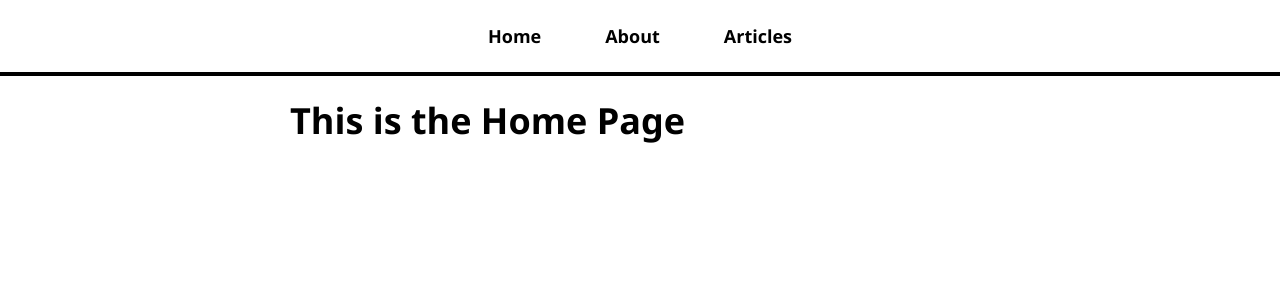
Repository: ShindanoSingi/full-stack-course
Page: / (app in my-blog/)
An editor plug-in stored every save of this project. The page is shown before and after the next save, followed by the edit.
The browser window is 1280 px wide. The pictures show the whole page.
The project was rebuilt for these pictures with package versions that can differ from the ones it lists, and the page was loaded fresh each time. Also part of the build but not shown: my-blog/src/pages/About.js, my-blog/src/pages/ArticlePage.js, my-blog/src/pages/ArticlesListPage.js, my-blog/src/pages/NotFoundPage.js.

Above is the page before, as saved 2022-12-05 00:26:52.

### my-blog/src/index.js
import React from 'react';
import ReactDOM from 'react-dom/client';
import './index.css';
import App from './App';
import reportWebVitals from './reportWebVitals';
import { BrowserRouter } from 'react-router-dom';

const root = ReactDOM.createRoot(document.getElementById('root'));
root.render(
<React.StrictMode>
  <BrowserRouter>
  <App />
  </BrowserRouter>
  </React.StrictMode>

);

// If you want to start measuring performance in your app, pass a function
// to log results (for example: reportWebVitals(console.log))
// or send to an analytics endpoint. Learn more: https://bit.ly/CRA-vitals
reportWebVitals();

### my-blog/src/App.js
import { BrowserRouter, createBrowserRouter } from "react-router-dom";
import "./App.css";
import { Routes, Route } from "react-router-dom";
import About from "./pages/About";
import ArticlePage from "./pages/ArticlePage";
import ArticlesListPage from "./pages/ArticlesListPage";
import HomePage from "./pages/HomePage";
import NotFoundPage from "./pages/NotFoundPage";
import NavBar from "./NavBar";


function App() {
      return (
            <div className="App">
            <NavBar/>
                  <div id="page-body">
                        <Routes>
                              <Route path="/" element={<HomePage />} />
                              <Route path="about" element={<About />} />
                              <Route
                                    path="articles"
                                    element={<ArticlesListPage />}
                              />
                              <Route
                                    path="articles/:articleId"
                                    element={<ArticlePage />}
                              />
                              <Route path="notFound" element={<NotFoundPage />} />
                        </Routes>
                  </div>
            </div>
      );
}

export default App;

### my-blog/src/App.css
body {
  font-family: 'Segoe UI', Tahoma, Geneva, Verdana, sans-serif;
  font-size: 18px;
}

button {
  padding: 16px;
  font-family: 'Segoe UI', Tahoma, Geneva, Verdana, sans-serif;
  font-size: 16px;
  background-color: black;
  color: white;
  border-radius: 8px;
  cursor: pointer;
}

h3, h4 {
  margin-bottom: 0;
}

nav {
  border-bottom: 4px solid black;
  text-align: center;
  position: fixed;
  top: 0;
  width: 100%;
  background: white;
}

nav ul {
  list-style-type: none;
  margin: 0;
  padding: 0;
}

nav li {
  display: inline-block;
  padding-top: 24px;
  padding-bottom: 24px;
}

nav a {
  text-decoration: none;
  color: black;
  font-weight: bold;
  padding: 24px 32px;
}

nav a:hover {
  background: black;
  color: white;
}

.nav-active{
  background: white;
  color: white;
  border: 2px solid red;
  border-radius: 10px;
}

#page-body {
  max-width: 700px;
  margin: auto;
  padding-top: 72px;
}

.article-list-item {
  text-decoration: none;
  color: black;
  padding: 16px 0 0 0;
}

.article-list-item p {
  padding-bottom: 32px;
  border-bottom: 2px solid black;
}

#add-comment-form {
  border-bottom: 2px solid black;
  padding: 16px;
}

#add-comment-form h3 {
  margin-bottom: 16px;
}

input, textarea {
  display: block;
  width: 300px;
  padding: 8px;
  border-radius: 8px;
  font-family: 'Segoe UI', Tahoma, Geneva, Verdana, sans-serif;
  font-size: 18px;
  border: 2px solid black;
  margin-bottom: 16px;
}

.error {
  padding: 8px;
  border-radius: 4px;
  background-color: pink;
}

#add-comment-form button {
  width: 320px;
}

#upvotes-section button, p {
  display: inline-block;
  margin-right: 16px;
}

.comment {
  border-bottom: 2px solid black;
  padding: 16px;
}

.nav-right {
  position: absolute;
  top: 8px;
  right: 8px;
}

### my-blog/src/pages/HomePage.js
const HomePage = () => {
      return(
            <h1>This is the Home Page</h1>
      )
}
export default HomePage;

### my-blog/src/NavBar.js
import React from "react";
import { Link, NavLink } from "react-router-dom";

function NavBar() {
	const navLinkStyle = ({isActive}) => isActive ? 'nav' : null

      return (
            <nav>
                  <ul>
                        <NavLink to="/" className={navLinkStyle}>
                              <li>Home</li>
                        </NavLink>
                        <Link to="/about">
                              <li>About</li>
                        </Link>
                        <Link to="/articles">
                              <li>Articles</li>
                        </Link>
                  </ul>
            </nav>
      );
}

export default NavBar;

Loaded but not shown: my-blog/public/index.html (common file); my-blog/src/index.css (common file); my-blog/src/reportWebVitals.js (common file)

After the next save:
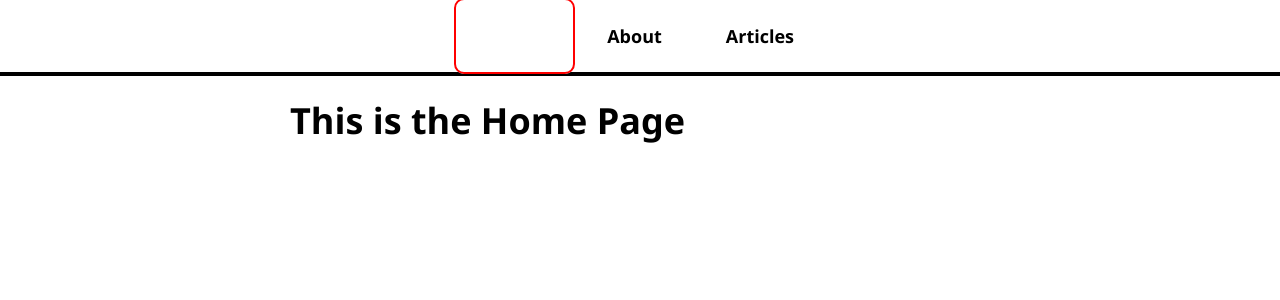
Saved 39 s later.
--- a/my-blog/src/NavBar.js
+++ b/my-blog/src/NavBar.js
@@ -2,12 +2,13 @@ import React from "react";
 import { Link, NavLink } from "react-router-dom";
 
 function NavBar() {
-	const navLinkStyle = ({isActive}) => isActive ? 'nav' : null
+
+	const getClass = ({isActive}) => isActive ? 'nav-active' : null
 
       return (
             <nav>
                   <ul>
-                        <NavLink to="/" className={navLinkStyle}>
+                        <NavLink to="/" className={getClass}>
                               <li>Home</li>
                         </NavLink>
                         <Link to="/about">
